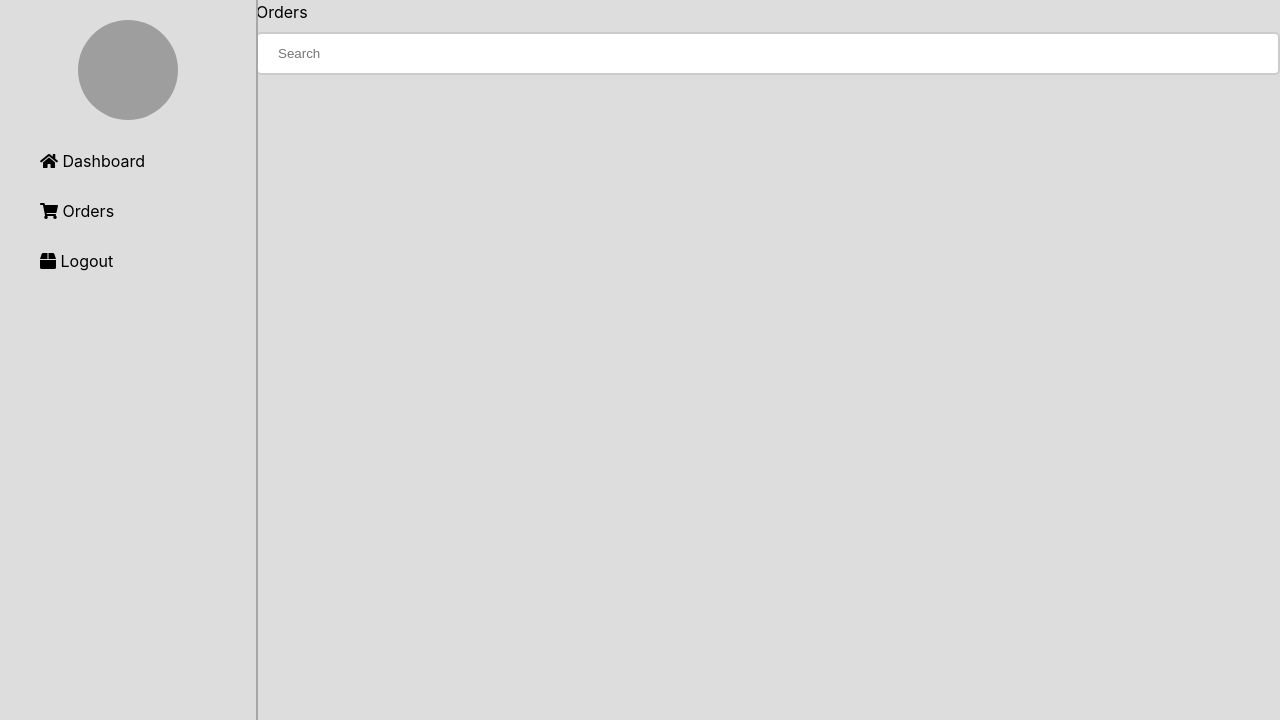
Repository: cjaymoni/FE_Submission02
Page: http://localhost/orders
An editor plug-in stored every save of this project. The page is shown before and after the next save, followed by the edit.
The browser window is 1280 px wide. The pictures show the whole page.
Pictures or frames that could not be fetched are drawn as grey boxes. Some web libraries are served in a nearby version. The page is run by PHP 8.4 with error messages shown; the project is at /var/www/html/.

Above is the page before, as saved 2022-09-29 14:52:45.

### index.php
<!doctype html>
<html lang="en">
<head>
    <?php include './layout/header.html' ?>
</head>
<body>
<?php
require_once './layout/sidebar.html';

$request = $_SERVER['REQUEST_URI'];

switch ($request) {
        case '/' :
        case '' :
        case '/home' :
            case '/login':
                case '/login/':
        require __DIR__.'/views/login-page/login.html';
        break;


        case '/orders':
        case '/orders/':
        require __DIR__.'/views/orders/orders.html';
        break;

        case '/dashboard':
        case '/dashboard/':
        require __DIR__.'/views/dashboard/dashboard.html';
        break;





        default:
        require __DIR__.'/views/login-page/login.html';
        break;
}
?>

 <?php require_once './layout/footer.html' ?>
</body>
</html>

### layout/header.html
<meta charset="utf-8" />
<meta name="viewport" content="width=device-width, initial-scale=1.0" />

<!-- FavIcon -->
<link rel="icon" type="image/svg+xml" href="assets/Freddys_Logo.svg" />

<!-- CSS -->
<link rel="stylesheet" href="css/styles.css" />

<!-- Font Awesome -->
<link
  rel="stylesheet"
  href="https://use.fontawesome.com/releases/v5.8.1/css/all.css"
/>

<!-- Title -->
<title>Freddy's Shop</title>

### layout/sidebar.html
<aside>
  <div class="sidebar" id="sidebar">
    <div class="profile">
      <img src="assets/Freddys_Logo.svg" alt="Freddys_Logo" />
    </div>
    <ul>
      <li>
        <a href="/dashboard">
          <i class="fas fa-home"></i>
          <span>Dashboard</span>
        </a>
      </li>
      <li>
        <a href="/orders">
          <i class="fas fa-shopping-cart"></i>
          <span>Orders</span>
        </a>
      </li>
      <li>
        <a href="products.html">
          <i class="fas fa-box"></i>
          <span>Logout</span>
        </a>
      </li>
    </ul>
  </div>
</aside>
<script src="js/sidebar-toggle.js"></script>

### views/orders/orders.html
<div class="content">
  <div class="order-header">
    <div class="order-header-text">
      <span>Orders</span>
    </div>
    <div class="order-header-search">
      <input type="text" placeholder="Search" />
    </div>
  </div>
</div>

### layout/footer.html
<script
  src="https://code.jquery.com/jquery-3.6.1.min.js"
  integrity="sha256-o88AwQnZB+VDvE9tvIXrMQaPlFFSUTR+nldQm1LuPXQ="
  crossorigin="anonymous"
></script>

### css/styles.css
:root {
    --color-primary: #f00;
    --color-secondary: #0f0;
    --color-tertiary: rgb(0, 110, 255);
    background-color: #dddddd;
    font-family: Inter, Avenir, Helvetica, Arial, sans-serif;
    font-size: 16px;
    line-height: 24px;
    min-width: 100vw;
    min-height: 100vh;
    scroll-behavior: smooth;
}


body {
    overflow-x: hidden;
    height: 100vh;
    width: 100vw;
    margin: 0;
}

.login-div {
    display: flex;
    flex-direction: column;
    justify-content: center;
    align-items: center;
    border: 5px solid rgb(65, 61, 61);
    margin: auto;
    margin-top: 15%;
    width: 50%;
    padding: 5px;


}

.login-head {
    display: flex;
    justify-content: space-between;
    flex-wrap: wrap;
}

.login-img {
    width: 100px;
    height: 100px;
    border-radius: 50%;
    margin: 10px;
}

.login-head-text {
    display: flex;
    justify-content: center;
    align-items: center;
    margin: 10px;
    flex-wrap: wrap;
}

.login-head-img {
    display: flex;
    justify-content: center;
    align-items: center;
    margin: 10px;
}

.login-form {
    display: flex;
    flex-direction: column;
    justify-content: center;
    align-items: center;
    margin: 10px;
    width: 100%;
}



.input-div {
    display: flex;
    flex-direction: column;
    justify-content: center;
    align-items: center;
    margin: 10px;
    width: 100%;
}

input[type=text],
input[type=password] {
    width: 100%;
    padding: 12px 20px;
    margin: 8px 0;
    display: inline-block;
    border: 2px solid #ccc;
    box-sizing: border-box;
    border-radius: 5px;
}

.login-btn {
    width: 100%;
    padding: 10px;
    border: 2px solid #ccc;
    border-radius: 5px;
}


.sidebar {
    background-color: #dddddd;
    position: fixed;
    top: 0;
    left: 0;
    width: 20%;
    height: 100%;
    padding: 20px 0;
    transition: all 0.5s ease;
    border-right: 2px solid rgb(167, 167, 167);

}

.content {
    width: 80%;
    height: 100%;
    float: right;

}


.sidebar .profile img {
    display: block;
    width: 100px;
    height: 100px;
    border-radius: 50%;
    margin: 0 auto;
}

.sidebar ul li {
    list-style: none;

}

.sidebar ul li a {
    display: block;
    padding: 13px 0px;
    /* border-bottom: 1px solid #10558d; */
    color: black;
    font-size: 16px;
    position: relative;
    text-decoration: none;
}

.sidebar ul li a .icon {
    color: black;
    width: 30px;
    display: inline-block;
}

### js/sidebar-toggle.js
const pgUrl = window.location.href.substr(
  window.location.href.lastIndexOf("/") + 1
);
const sdComponent = document.querySelector(".sidebar");
if (pgUrl === "login") {
  sdComponent.style.display = "none";
}

After the next save:
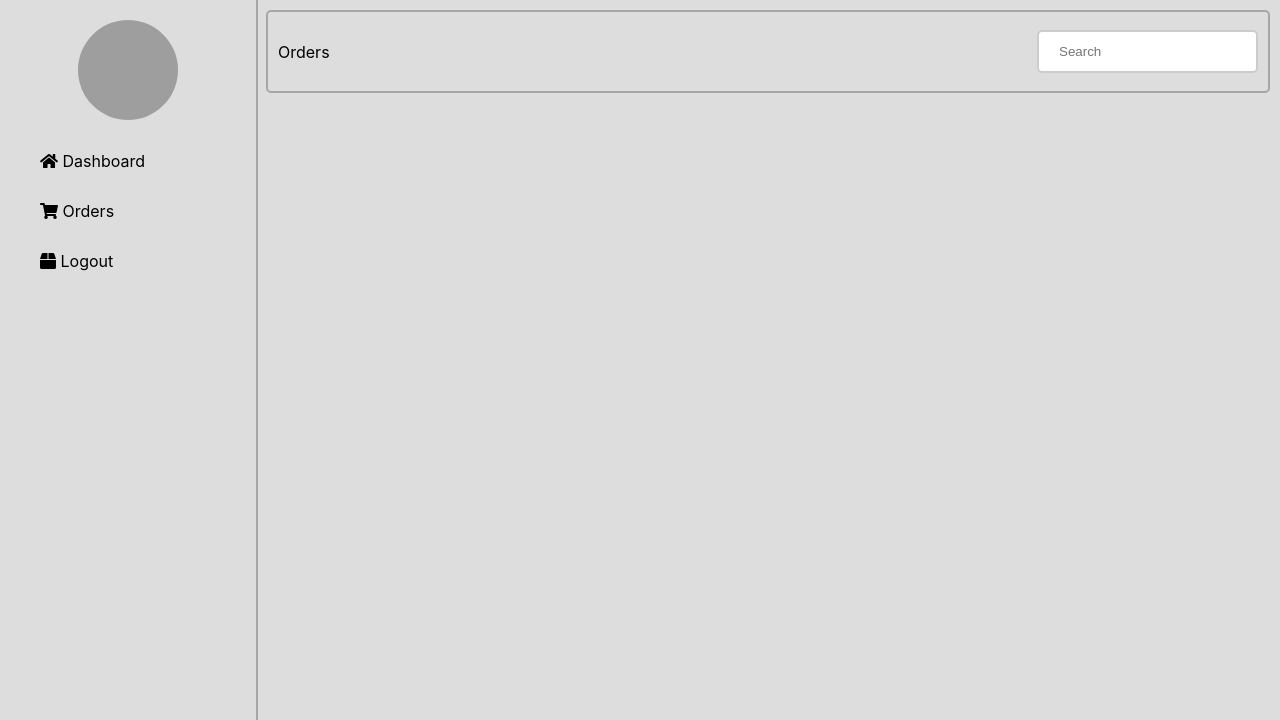
Saved 27 s later.
--- a/css/styles.css
+++ b/css/styles.css
@@ -149,3 +149,14 @@ input[type=password] {
     width: 30px;
     display: inline-block;
 }
+
+
+.order-header {
+    display: flex;
+    justify-content: space-between;
+    align-items: center;
+    margin: 10px;
+    padding: 10px;
+    border: 2px solid rgb(167, 167, 167);
+    border-radius: 5px;
+}
